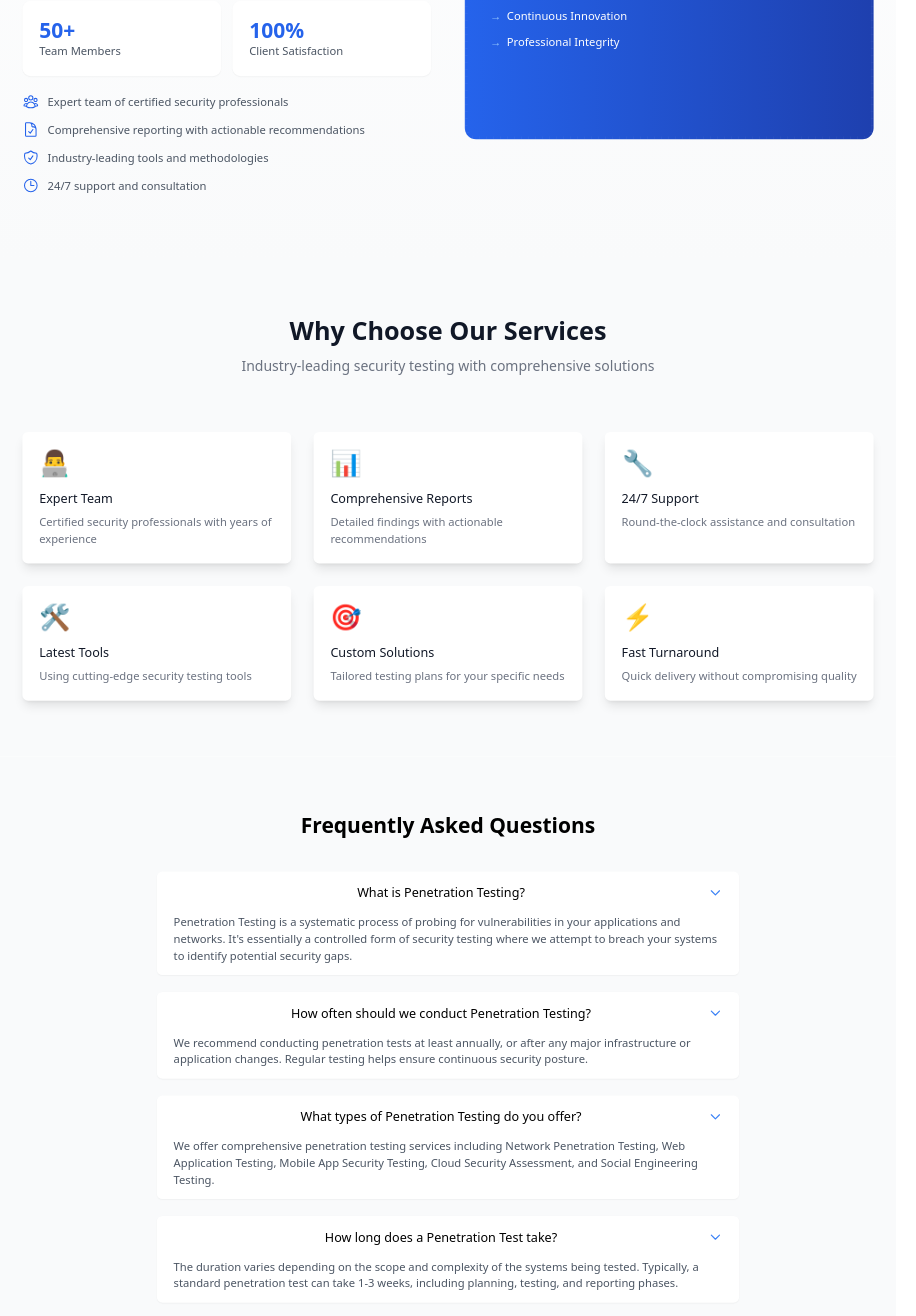
Repository: ZSayless/Penetration-test
Page: /
The author's editor kept a copy of each file at every save. The page is drawn from the files as they stood at one save, then again after the next save.
The browser window is 1280 px wide. The page is 1308 px wide, so the pictures cover 1308 px, including what lies to the right of the window. The pictures show the part of the page from y = 4620 to 6500 px (the page is 8305 px tall before and 7881 px after), at 70% of full size.
The project was rebuilt for these pictures with package versions that can differ from the ones it lists, and the page was loaded fresh each time. The framework's server and built-in components were replaced by stand-ins that run in the browser. Also part of the build but not shown: next.config.js.

Above is the page before, as saved 2024-12-06 10:33:50.

After the next save:
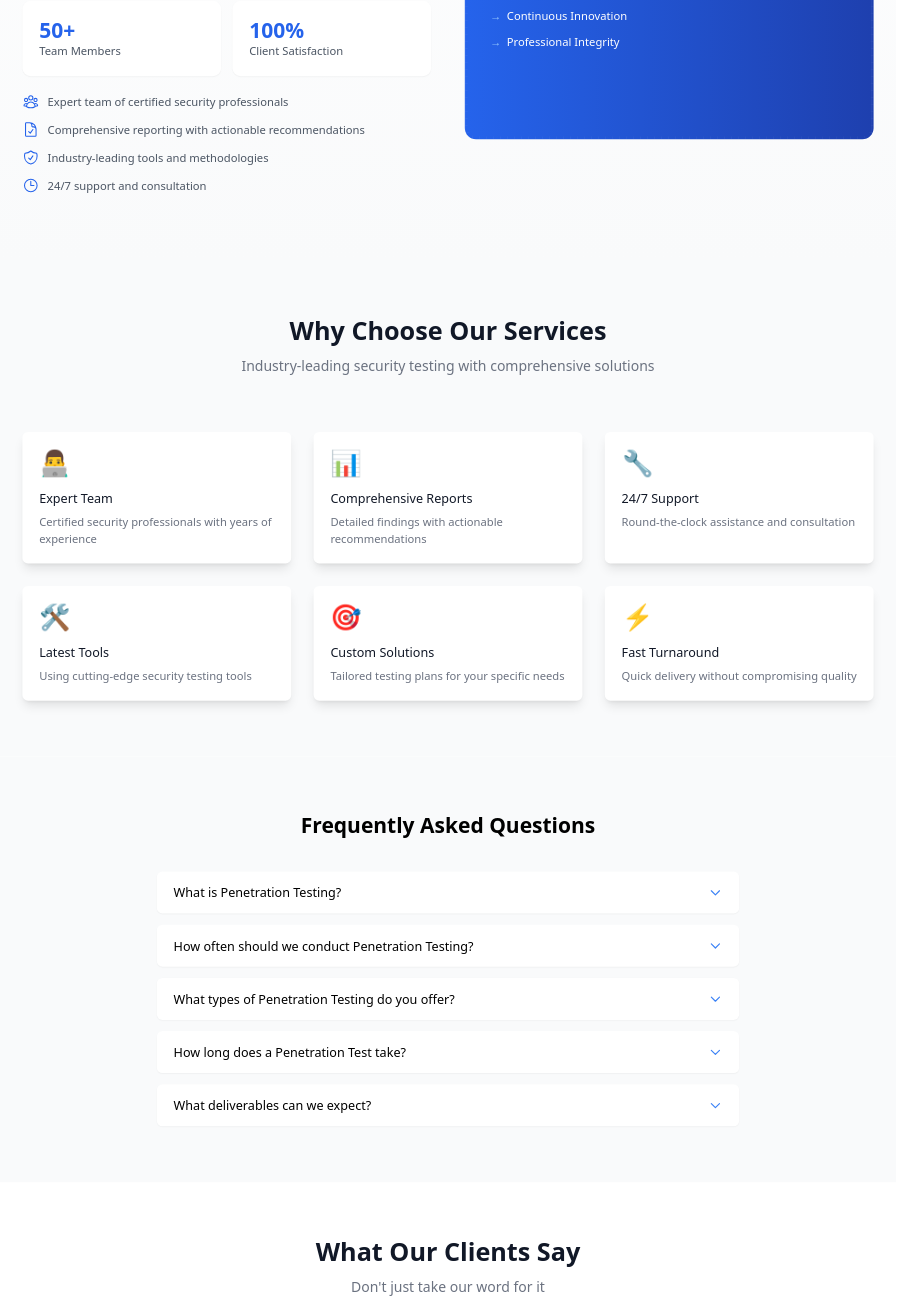
Saved 74 s later.
--- a/src/components/sections/FAQ.tsx
+++ b/src/components/sections/FAQ.tsx
@@ -1,8 +1,6 @@
 'use client';
 
-import { motion, AnimatePresence } from 'framer-motion';
 import { useState } from 'react';
-import { ChevronDownIcon } from '@heroicons/react/24/outline';
 
 const faqs = [
   {
@@ -30,41 +28,25 @@ const faqs = [
 export default function FAQ() {
   const [openIndex, setOpenIndex] = useState<number | null>(null);
 
-  const answerVariants = {
-    hidden: {
-      opacity: 0,
-      height: 0,
-      transition: {
-        duration: 0.2,
-        ease: "easeInOut"
-      }
-    },
-    visible: {
-      opacity: 1,
-      height: "auto",
-      transition: {
-        duration: 0.3,
-        ease: "easeInOut"
-      }
-    }
-  };
-
   return (
     <section id="faq" className="py-20 bg-gray-50">
       <div className="max-w-4xl mx-auto px-4 sm:px-6 lg:px-8">
         <h2 className="text-3xl font-bold text-center mb-12">Frequently Asked Questions</h2>
-        <div className="space-y-6">
+        <div className="space-y-4">
           {faqs.map((faq, index) => (
             <div
               key={index}
               className="bg-white rounded-lg shadow-sm hover:shadow-md transition-shadow duration-300"
             >
               <button
-                className="w-full px-6 py-4 text-lg font-medium text-center flex items-center justify-between"
+                onClick={() => setOpenIndex(openIndex === index ? null : index)}
+                className="w-full px-6 py-4 text-lg font-medium text-left flex items-center justify-between"
               >
-                <span className="flex-1">{faq.question}</span>
+                <span>{faq.question}</span>
                 <svg
-                  className="w-5 h-5 text-blue-500 transform transition-transform duration-200"
+                  className={`w-5 h-5 text-blue-500 transform transition-transform duration-200 ${
+                    openIndex === index ? 'rotate-180' : ''
+                  }`}
                   fill="none"
                   viewBox="0 0 24 24"
                   stroke="currentColor"
@@ -72,7 +54,11 @@ export default function FAQ() {
                   <path strokeLinecap="round" strokeLinejoin="round" strokeWidth={2} d="M19 9l-7 7-7-7" />
                 </svg>
               </button>
-              <div className="px-6 pb-4">
+              <div
+                className={`px-6 overflow-hidden transition-all duration-200 ease-in-out ${
+                  openIndex === index ? 'max-h-96 pb-4' : 'max-h-0'
+                }`}
+              >
                 <p className="text-gray-600">{faq.answer}</p>
               </div>
             </div>
